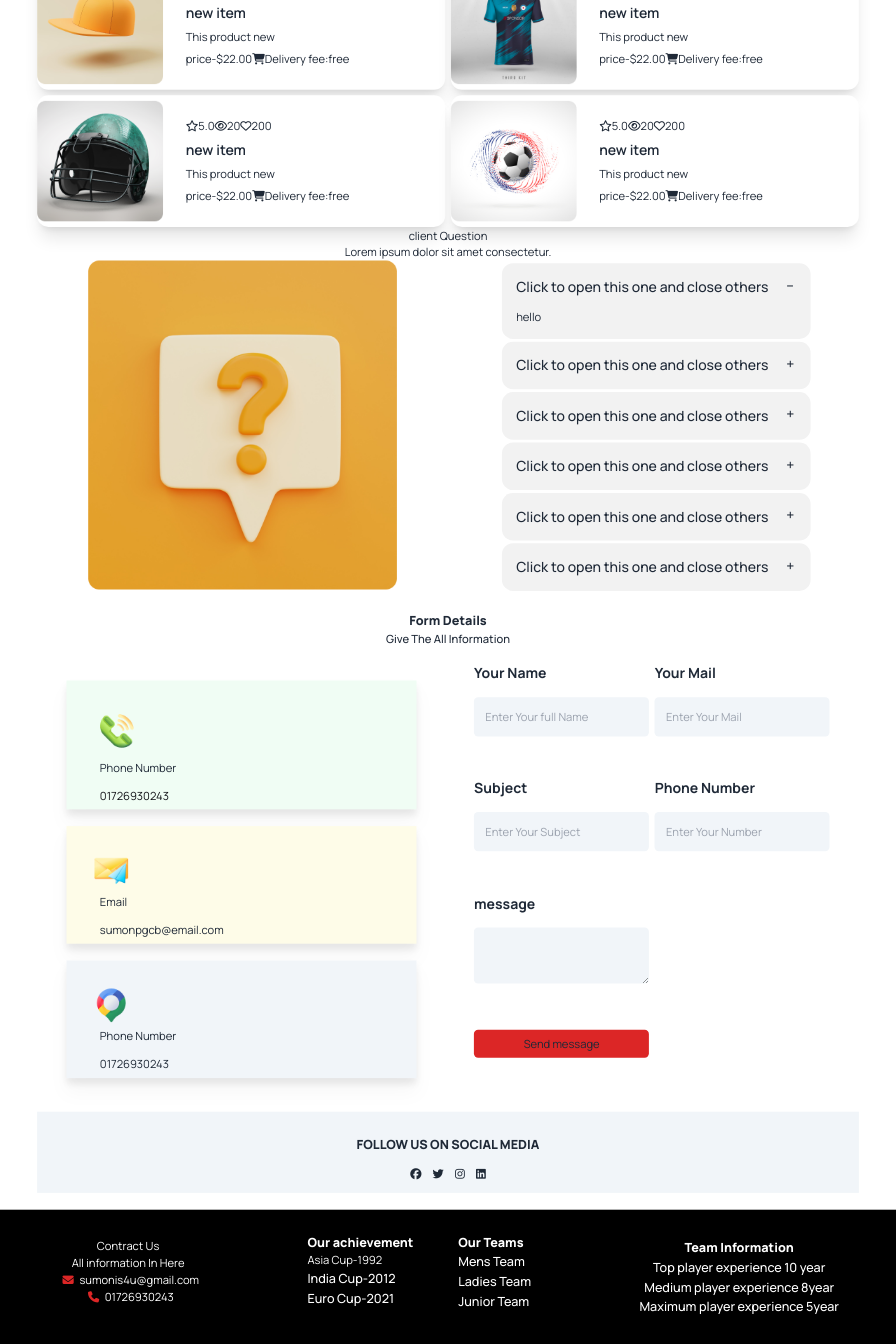
Repository: sumonkumarsarkar/bd-hockeys-team
Page: index.html
The author's editor kept a copy of each file at every save. The page is drawn from the files as they stood at one save, then again after the next save.
The browser window is 1280 px wide. The pictures show the part of the page from y = 2213 to 4133 px (the page is 4133 px tall), at 70% of full size.
Some web libraries are served in a nearby version.

Above is the page before, as saved 2024-01-24 17:44:19.

After the next save:
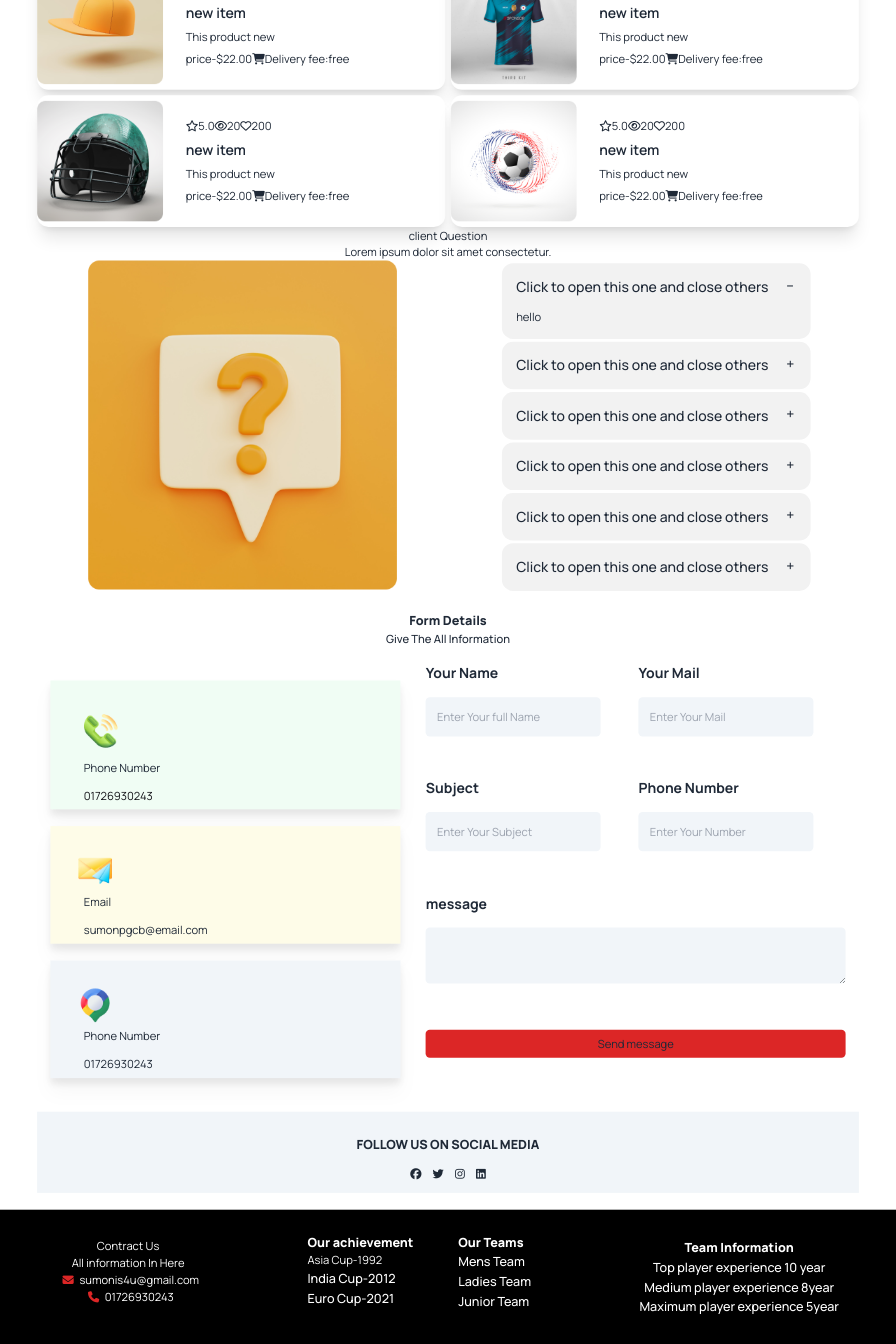
Saved 97 s later.
--- a/index.html
+++ b/index.html
@@ -554,11 +554,11 @@
 <div class="lg:col-span-2">
     <form class="space-y-5">
         <label for="number" class="font-bold text-xl">message</label><br>
-        <textarea class="w-[500px] lg:w-[250px] p-4 rounded-md bg-slate-100" name=" message" id=""></textarea placeholder="Enter Your Message">
+        <textarea class="w-[500px] lg:w-[600px] p-4 rounded-md bg-slate-100" name=" message" id=""></textarea placeholder="Enter Your Message">
     </form>
 </div>
 <div class="lg:col-span-2">
-    <button class="p-2 bg-red-600  w-[500px] lg:w-[250px] rounded-md" type="button">Send message</button>
+    <button class="p-2 bg-red-600  w-[500px] lg:w-[600px] rounded-md" type="button">Send message</button>
 </div>
 
 
